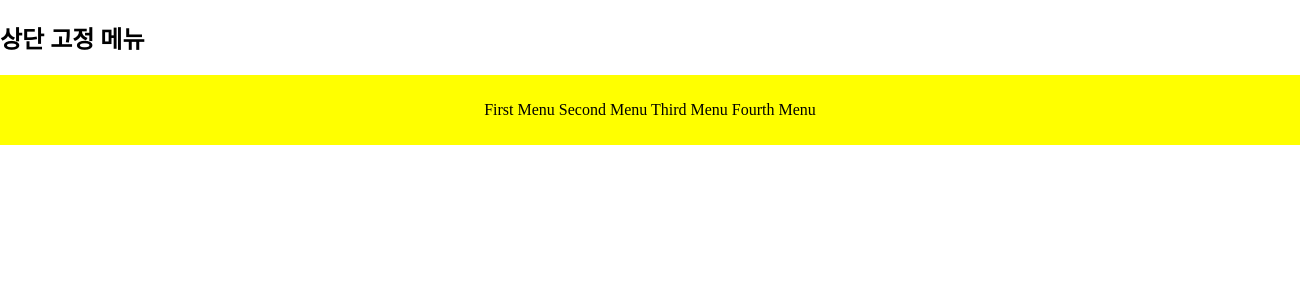
Repository: tjdwlsl/jspstudy
Page: http://localhost/JQuery_Ajax/jquery/ex21_exam03.jsp
An editor plug-in stored every save of this project. The page is shown before and after the next save, followed by the edit.
The browser window is 1280 px wide. The page is 1300 px wide, then 1280 px, then 1300 px, so the pictures cover 1300 px, including what lies to the right of the window. The pictures show the whole page.
The page is served by Tomcat 9. Other server files are loaded and not shown.

Above is the page before, as saved 2023-07-20 02:39:34.

### JQuery_Ajax/src/main/webapp/jquery/ex21_exam03.jsp
<%@ page language="java" contentType="text/html; charset=UTF-8"
    pageEncoding="UTF-8"%>
<!DOCTYPE html>
<html>
<head>
<meta charset="UTF-8">
<title>Insert title here</title>
<style type="text/css">
	body{
		margin: 0px;
		padding: 0px;
	}
	.jbtitle{
		text-align: center;
	}
	.jbMenu{
		text-align: center;
		background-color: yellow;
		padding: 10px; 0px;
		width: 100%;
	}
	.jpContene{
		height: 2000px;
	}
	.jbFixed{
		position: fixed;
		top: opx;
	}
</style>
<%-- jQuery 라이브러리 CDN --%>
<script src="https://ajax.googleapis.com/ajax/libs/jquery/3.7.0/jquery.min.js"></script>
<script type="text/javascript">
//offset() - 선택한 요소의 좌표를 가져오거나 특정 좌표로 이동 시키는 메서드
$(document).ready(function(){
	var jbOffset = $('.jbMenu').offset();
});
</script>
</head>
<body>
	<div class="jbTitle">
		<h2>상단 고정 메뉴</h2>
	</div>
	<div class="jbMenu">
		<p>
			First Menu
			Second Menu
			Third Menu
			Fourth Menu
		</p>
	</div>
	<div class="jbContent">

	</div>
</body>
</html>

After the next save:
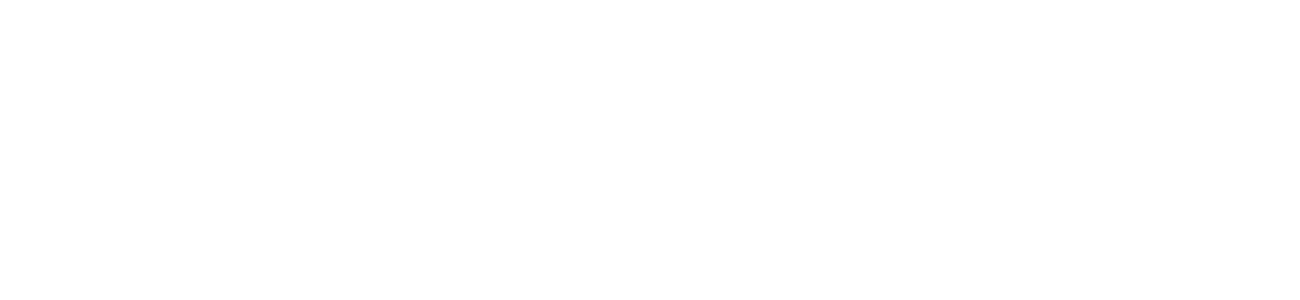
Saved 76 s later.
--- a/JQuery_Ajax/src/main/webapp/jquery/ex21_exam03.jsp
+++ b/JQuery_Ajax/src/main/webapp/jquery/ex21_exam03.jsp
@@ -32,10 +32,13 @@
 <script type="text/javascript">
 //offset() - 선택한 요소의 좌표를 가져오거나 특정 좌표로 이동 시키는 메서드
 $(document).ready(function(){
-	var jbOffset = $('.jbMenu').offset();
+	ㅍㅁㄱwindow')
 });
-</script>
+
+
+t>
 </head>
+
 <body>
 	<div class="jbTitle">
 		<h2>상단 고정 메뉴</h2>

After the save that followed:
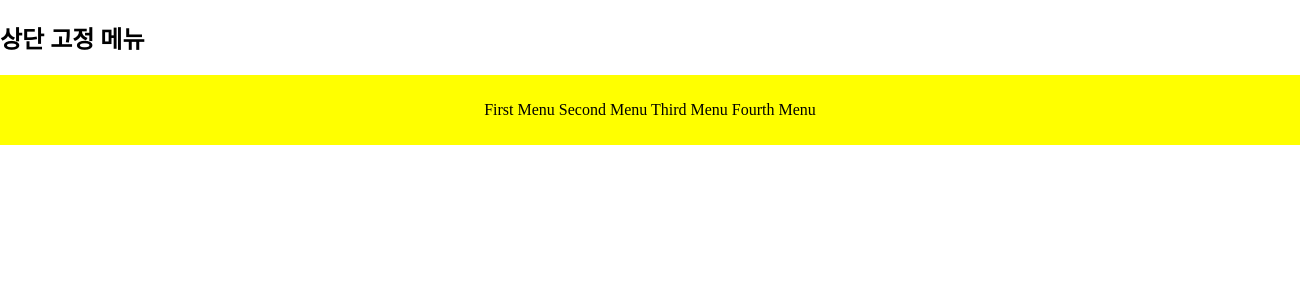
Saved 2 min 26 s later.
--- a/JQuery_Ajax/src/main/webapp/jquery/ex21_exam03.jsp
+++ b/JQuery_Ajax/src/main/webapp/jquery/ex21_exam03.jsp
@@ -30,15 +30,18 @@
 <%-- jQuery 라이브러리 CDN --%>
 <script src="https://ajax.googleapis.com/ajax/libs/jquery/3.7.0/jquery.min.js"></script>
 <script type="text/javascript">
-//offset() - 선택한 요소의 좌표를 가져오거나 특정 좌표로 이동 시키는 메서드
 $(document).ready(function(){
-	ㅍㅁㄱwindow')
+	var jbOffset = $('.jbMenu').offset();
+	$(window).scroll(function() {
+		if($(document).scrollTop() > jbOffset.top){
+			$('.jbMenu').addClass('.jbFixed');
+		}else{
+			$('.jbMenu').addClass('.jbFixed');
+		}
+	});
 });
-
-
-t>
+</script>
 </head>
-
 <body>
 	<div class="jbTitle">
 		<h2>상단 고정 메뉴</h2>
